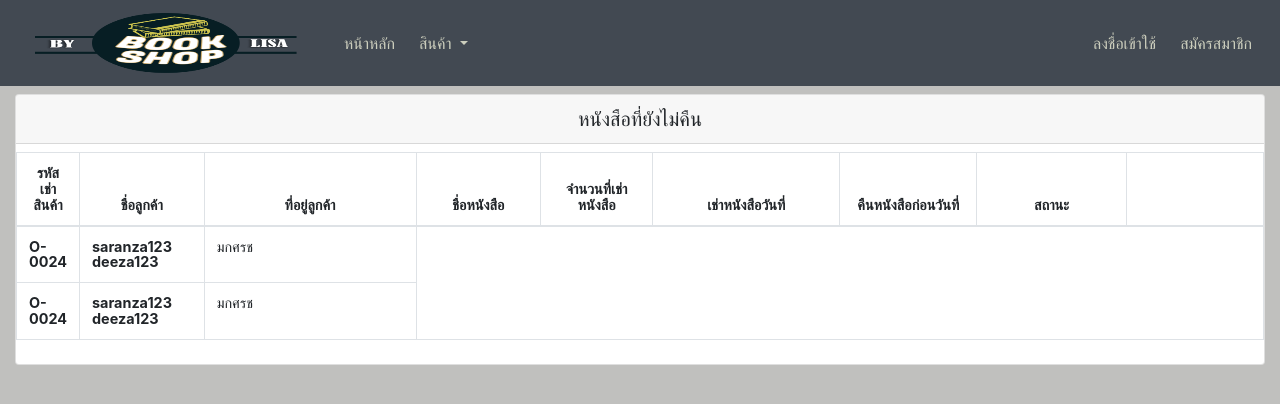
Repository: peawza/shopbook
Page: http://localhost/returnproduct.php?Order_id=24
The author's editor kept a copy of each file at every save. The page is drawn from the files as they stood at one save, then again after the next save.
The browser window is 1280 px wide. The pictures show the whole page.
The page is run by PHP 8.4 with error messages shown; the project is at /var/www/html/. The database holds what the project's SQL file puts in it.

Above is the page before, as saved 2020-10-01 11:12:05.

After the next save:
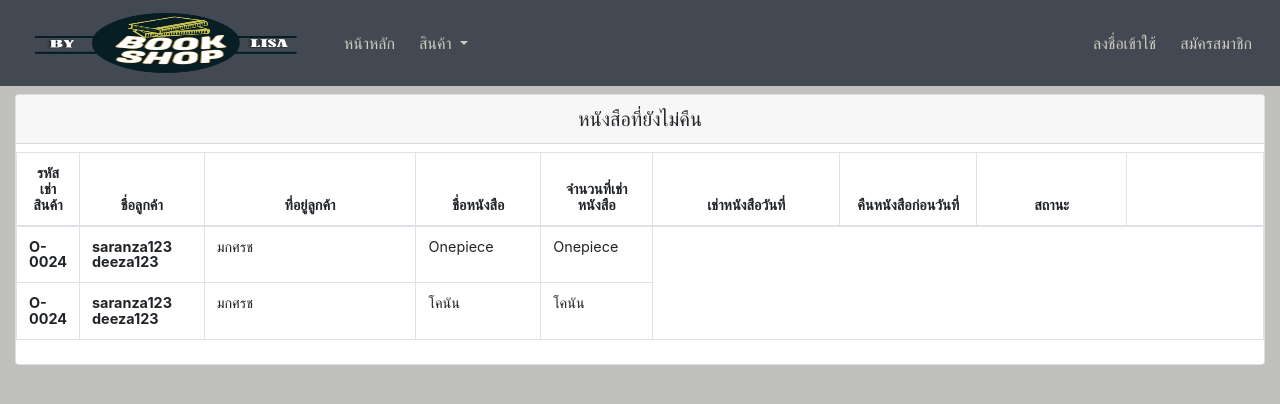
Saved 35 s later.
--- a/returnproduct.php
+++ b/returnproduct.php
@@ -126,6 +126,8 @@
                             <th><?php echo $rowproduct["User_Firstname"] . ' ' . $rowproduct['User_Lastname'] ?>
                             </th>
                             <td><?php echo $rowproduct["Order_addressuser"]  ?></td>
+                            <td><?php echo $rowproduct["Product_Name"]  ?></td>
+                            <td><?php echo $rowproduct["Product_Name"]  ?></td>
 
                         </tr>
 
